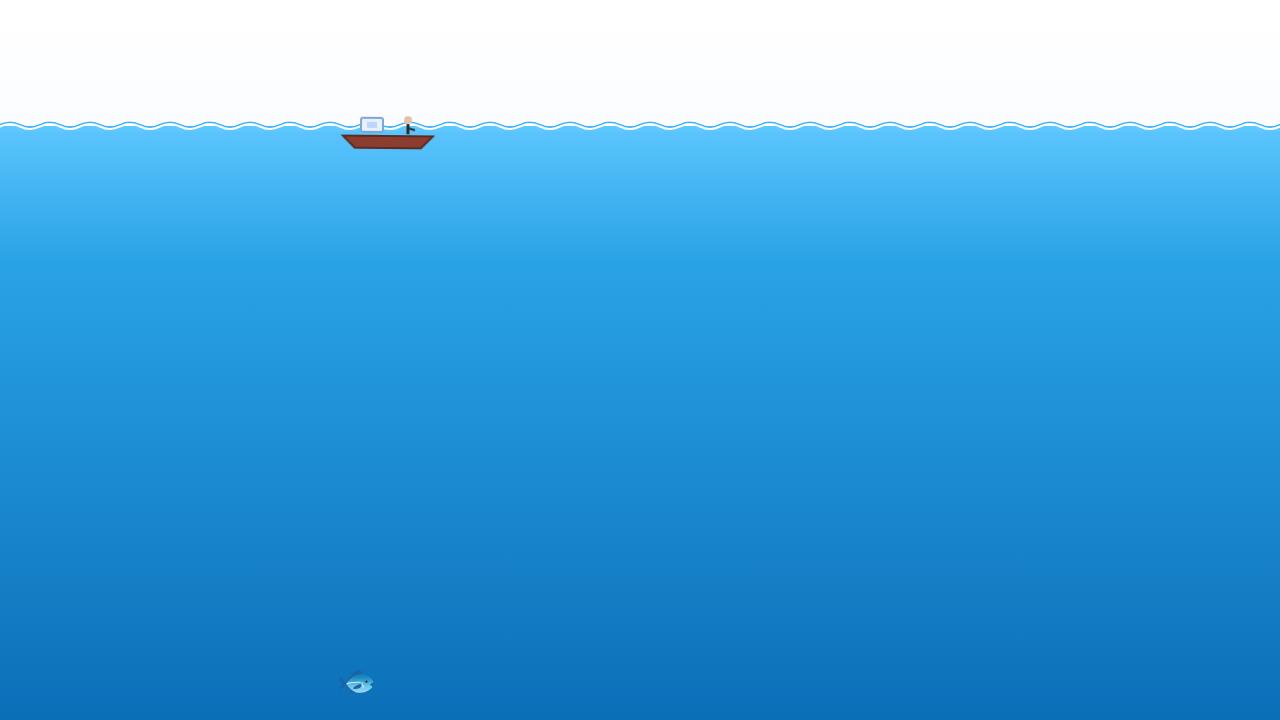
Repository: DeepFriedTurkey441/fd_game_project
Page: index.html
An editor plug-in stored every save of this project. The page is shown before and after the next save, followed by the edit.
The browser window is 1280 px wide. The pictures show the whole page.

Above is the page before, as saved 2025-09-22 14:02:25.

After the next save:
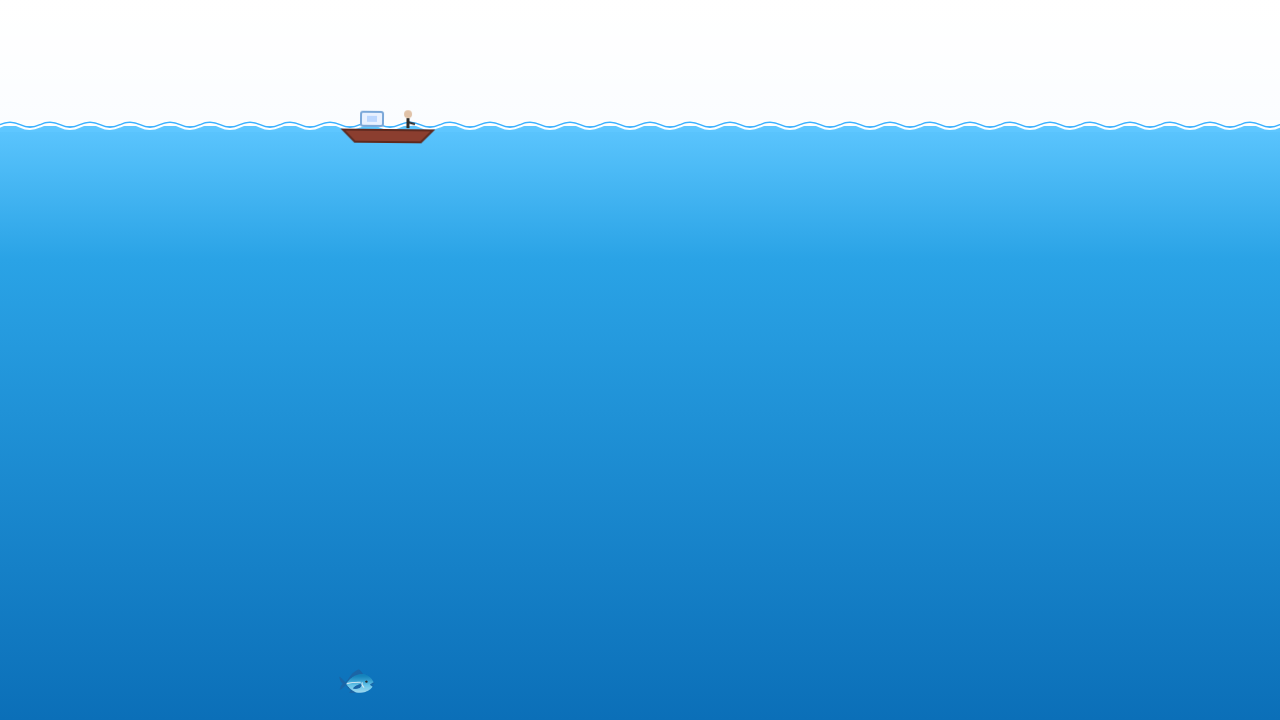
Saved 92 s later.
--- a/style.css
+++ b/style.css
@@ -44,7 +44,7 @@ body {
 /* Boat at surface */
 .boat {
     position: absolute;
-    top: calc(100vh / 6 - 22px); /* sit on the waterline */
+    top: calc(100vh / 6 - 28px); /* float just above ripple crest */
     width: 120px; height: 60px;
     transform-origin: 50% 50%;
     animation: bob 3.2s ease-in-out infinite;
